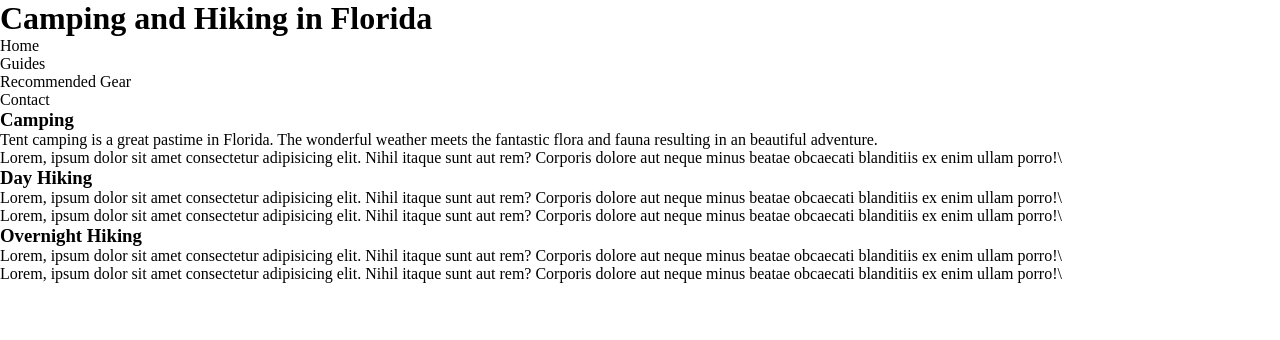
Repository: mlmEFSC21/P22-Mouse-Click
Page: click.html
An editor plug-in stored every save of this project. The page is shown before and after the next save, followed by the edit.
The browser window is 1280 px wide. The pictures show the whole page.

Above is the page before, as saved 2022-04-19 14:33:05.

After the next save:
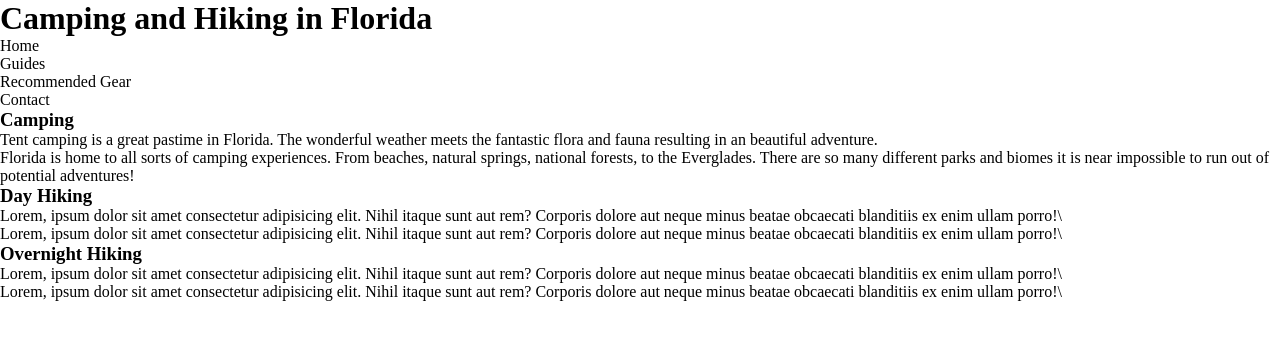
Saved 119 s later.
--- a/click.html
+++ b/click.html
@@ -27,8 +27,9 @@
                 fantastic flora and fauna resulting in an beautiful adventure.
             </p>
             <p>
-                Lorem, ipsum dolor sit amet consectetur adipisicing elit. Nihil itaque sunt aut rem?
-                Corporis dolore aut neque minus beatae obcaecati blanditiis ex enim ullam porro!\
+                Florida is home to all sorts of camping experiences. From beaches, natural springs,
+                national forests, to the Everglades. There are so many different parks and biomes it
+                is near impossible to run out of potential adventures!
             </p>
         </div>
         <div>
